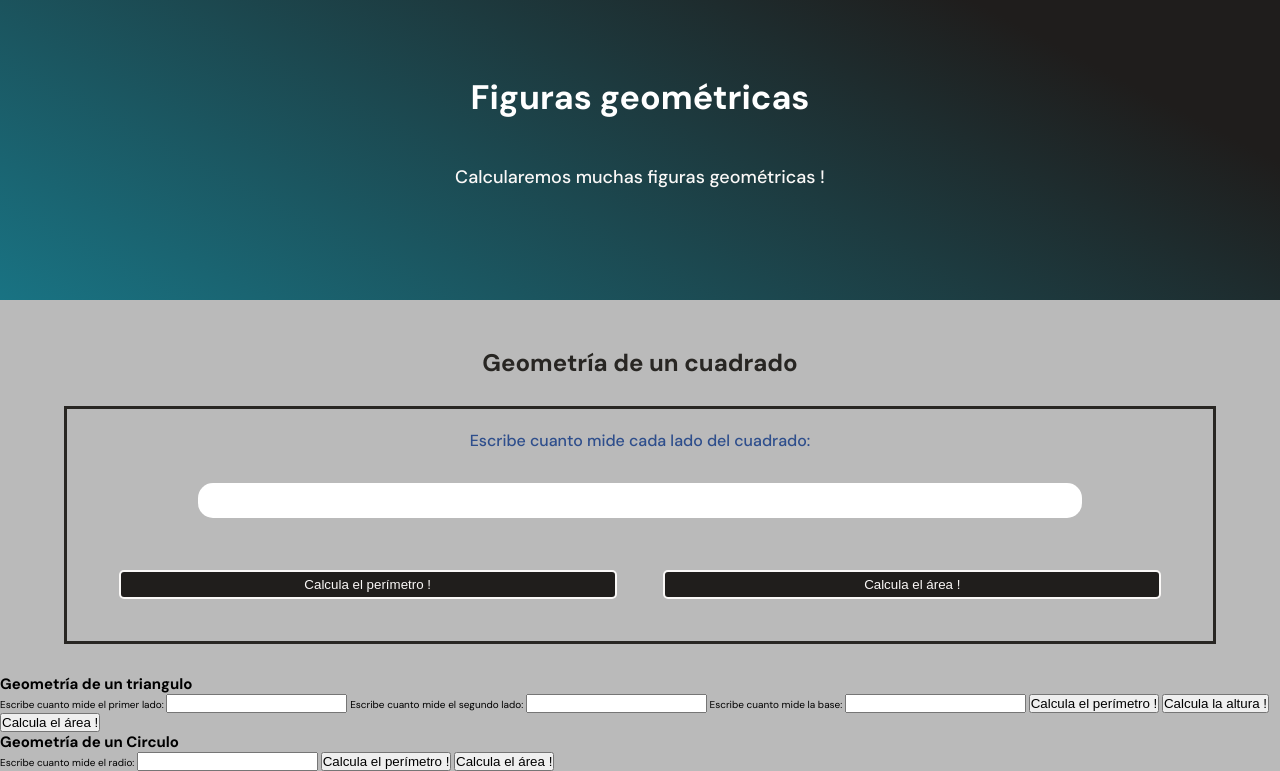
Repository: ChristianGecchelin/javascript-project
Page: javascript-project/figuras-geometricas/figuras.html
These files come from the project's save history. The page is drawn as it stood at one moment and after the next save; the edit follows.
The browser window is 1280 px wide. The pictures show the whole page.

Above is the page before, as saved 2021-12-01 23:58:27.

After the next save:
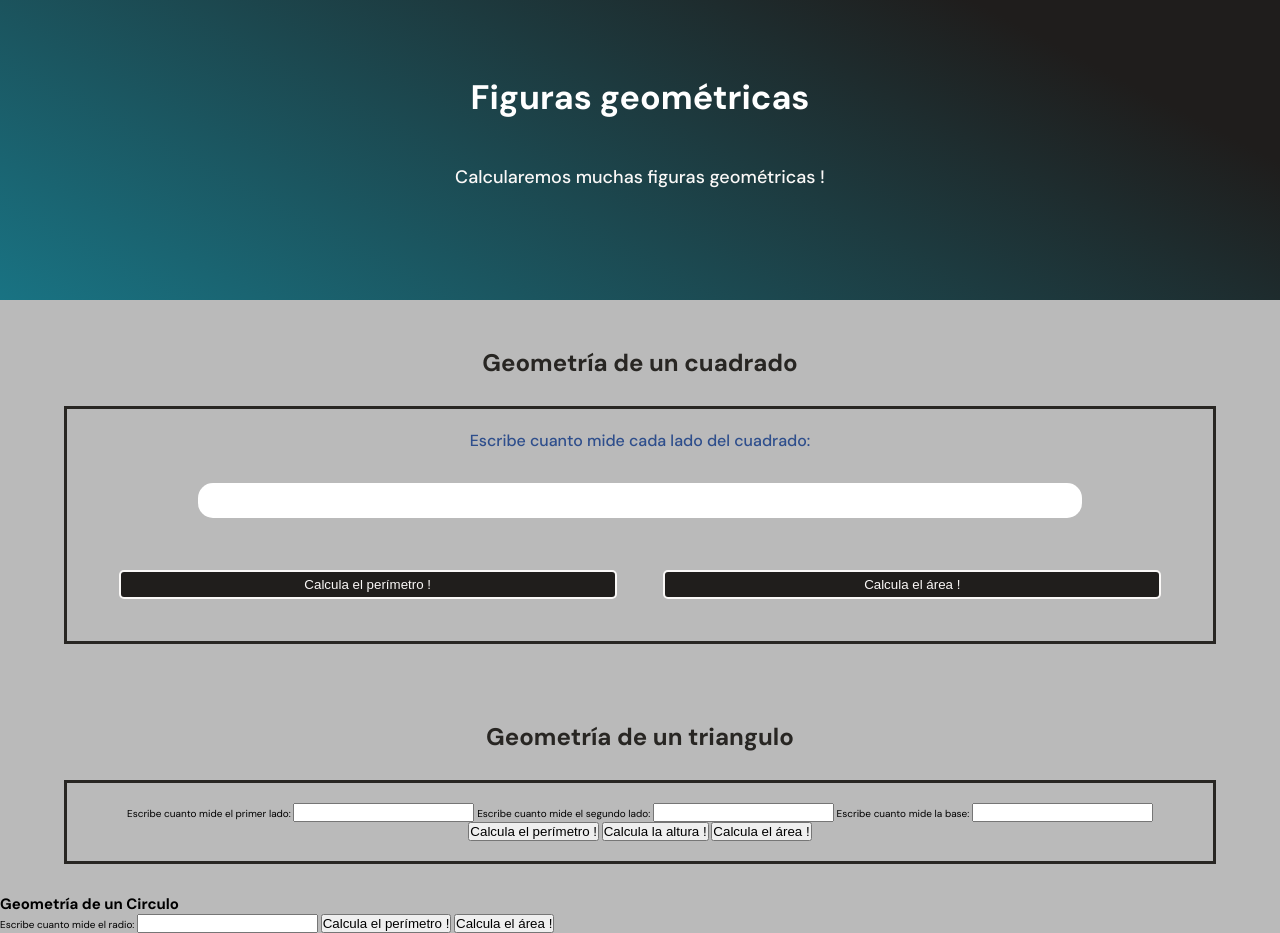
Saved 4 min 44 s later.
--- a/javascript-project/figuras-geometricas/figuras.html
+++ b/javascript-project/figuras-geometricas/figuras.html
@@ -49,26 +49,30 @@
           </form>
         </div>
       </section>
-      <section>
-        <h2>Geometría de un triangulo</h2>
-        <form action="">
-          <label for="">Escribe cuanto mide el primer lado:</label>
-          <input type="number" id="inputLado1" />
-          <label for="">Escribe cuanto mide el segundo lado:</label>
-          <input type="number" id="inputLado2" />
-          <label for="">Escribe cuanto mide la base:</label>
-          <input type="number" id="inputBase" />
-          <button type="button" onclick="calcularPerimetroTriangulo()">
-            Calcula el perímetro !
-          </button>
-          <button type="button" onclick="calcularAlturaTriangulo()">
-            Calcula la altura !
-          </button>
-          <button type="button" onclick="calcularAreaTriangulo()">
-            Calcula el área !
-          </button>
-          <!-- type button, para quitarle el submit por defecto y que no me redireccione a ningun lado -->
-        </form>
+      <section class="main-calculadora-contenedor">
+        <h2 class="main-calculadora-contenedor--title">
+          Geometría de un triangulo
+        </h2>
+        <div class="main-calculadora-form-contenedor">
+          <form action="">
+            <label for="">Escribe cuanto mide el primer lado:</label>
+            <input type="number" id="inputLado1" />
+            <label for="">Escribe cuanto mide el segundo lado:</label>
+            <input type="number" id="inputLado2" />
+            <label for="">Escribe cuanto mide la base:</label>
+            <input type="number" id="inputBase" />
+            <button type="button" onclick="calcularPerimetroTriangulo()">
+              Calcula el perímetro !
+            </button>
+            <button type="button" onclick="calcularAlturaTriangulo()">
+              Calcula la altura !
+            </button>
+            <button type="button" onclick="calcularAreaTriangulo()">
+              Calcula el área !
+            </button>
+            <!-- type button, para quitarle el submit por defecto y que no me redireccione a ningun lado -->
+          </form>
+        </div>
       </section>
       <section>
         <h2>Geometría de un Circulo</h2>
